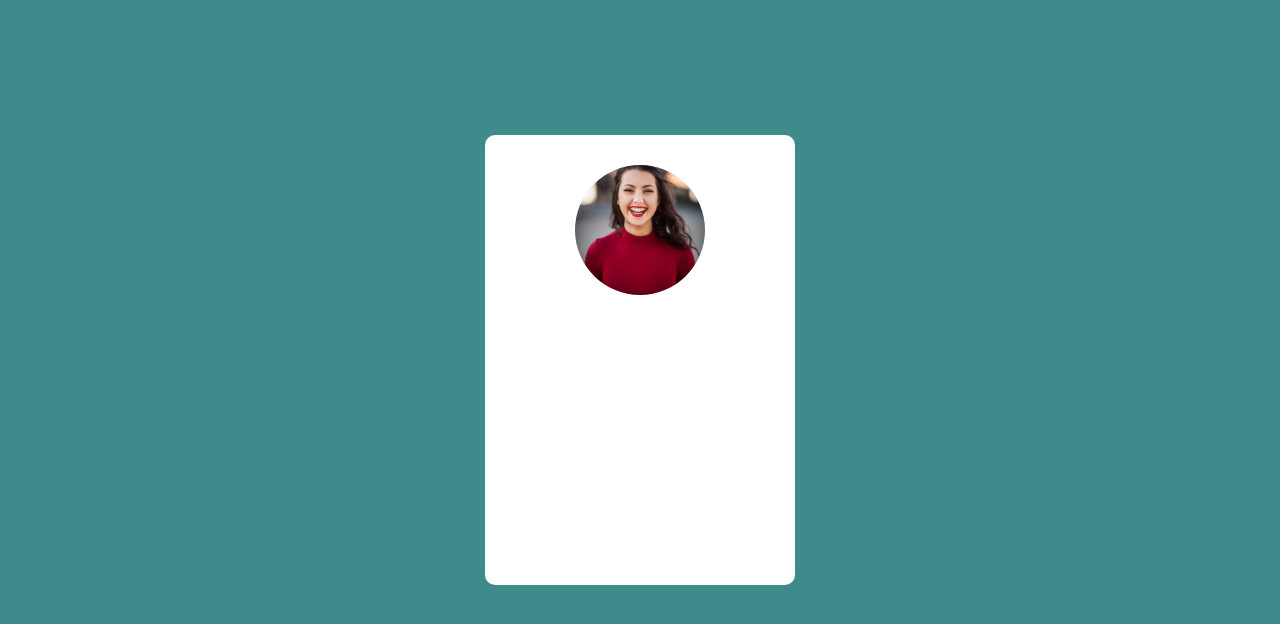
Repository: kiranjeetkaur01/instarequest.github.io
Page: index.html
These files come from the project's save history. The page is drawn as it stood at one moment and after a run of saves; the edit follows.
The browser window is 1280 px wide. The pictures show the whole page.

Above is the page before, as saved 2023-09-12 19:36:10.

After the next 3 saves:
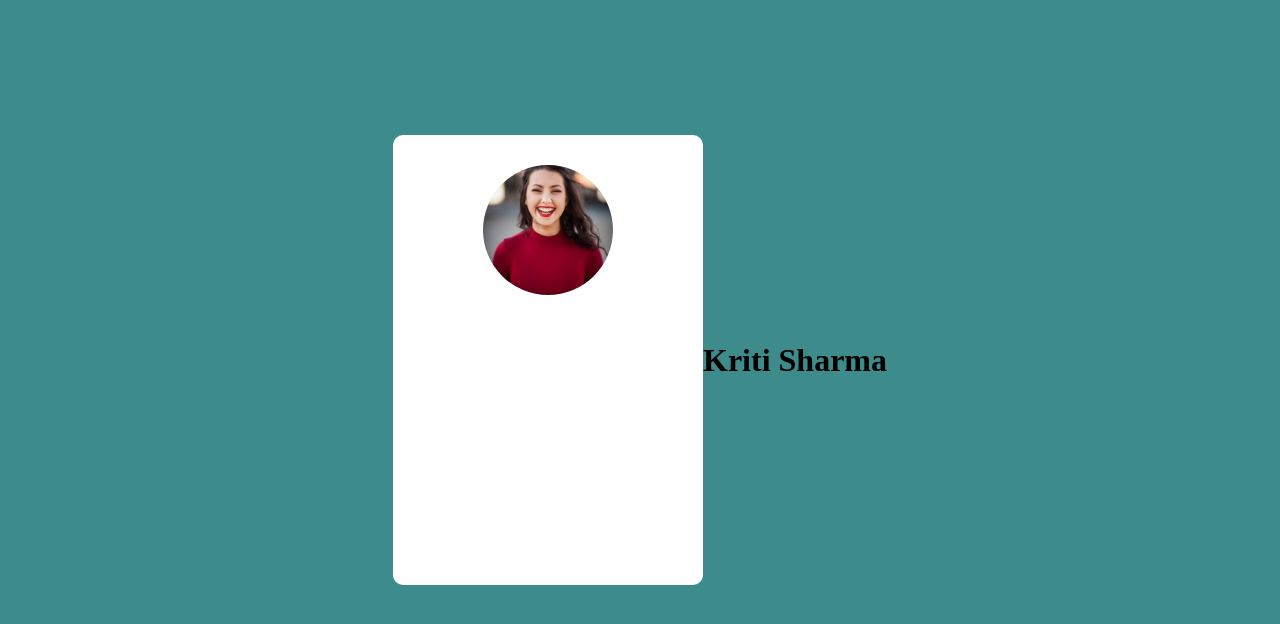
The 3 saves are shown as one change because they came seconds apart.
The last was saved 18 s later.
--- a/index.html
+++ b/index.html
@@ -11,7 +11,7 @@
         <div id="card">
             <img src="./photo-1494790108377-be9c29b29330.avif" alt="">
         </div>
-        <h1></h1>
+        <h1>Kriti Sharma</h1>
     </div>
 
     <script src="script.js"></script>
